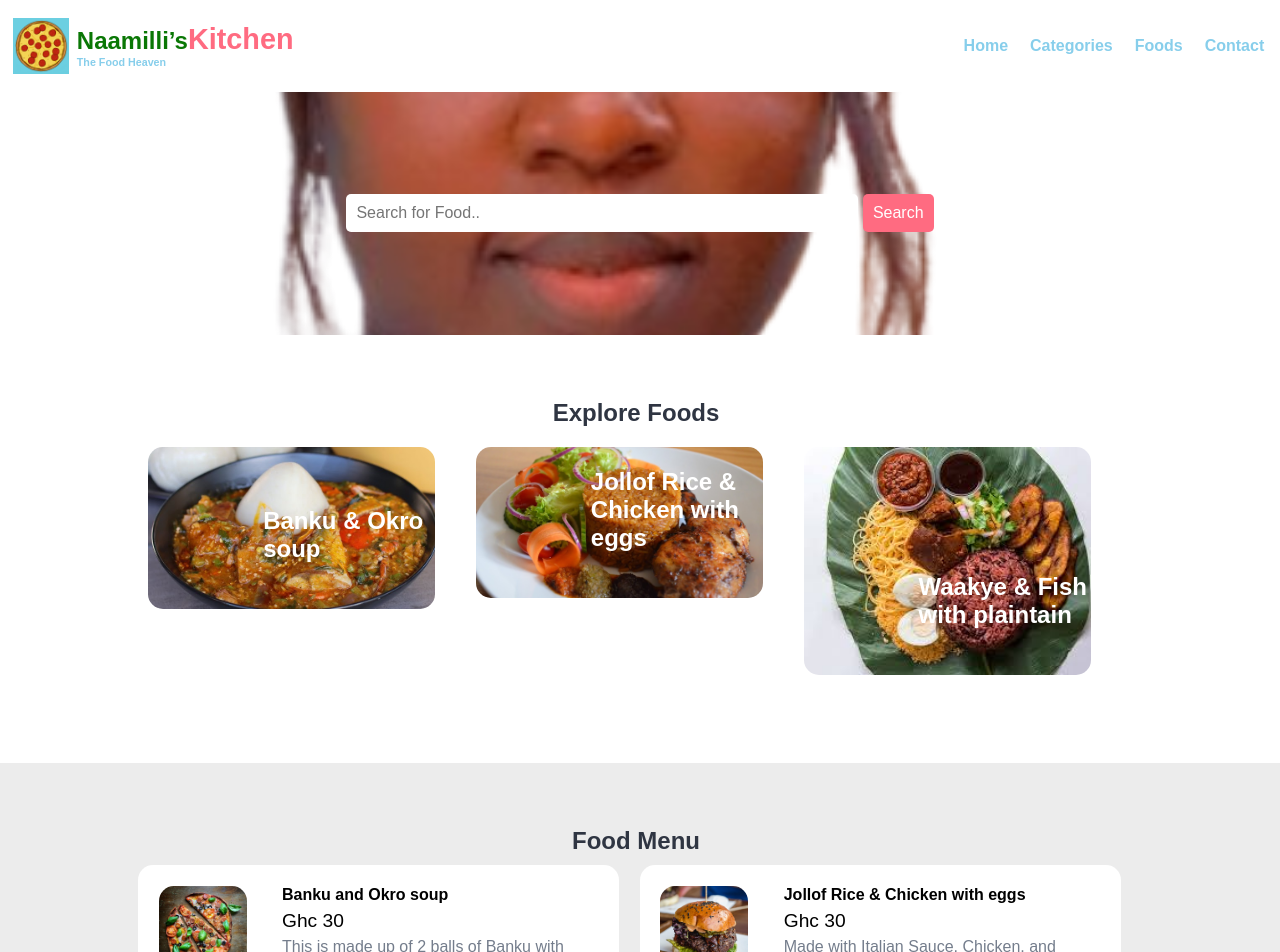
Repository: Saviour-Dagadu/Naamilli
Page: index.html
These files come from the project's save history. The page is drawn as it stood at one moment and after the next save; the edit follows.
The browser window is 1280 px wide. The pictures show the part of the page from y = 0 to 952 px (the page is 1800 px tall).
A picture or video elsewhere on the page could not be fetched, so the positions and the page height are approximate.

Above is the page before, as saved 2024-12-03 22:08:12.

### index.html
<!DOCTYPE html>
<html lang="en">
<head>
    <meta charset="UTF-8">
    <!-- Important to make website responsive -->
    <meta name="viewport" content="width=device-width, initial-scale=1.0">
    <title>Restaurant Website</title>

    <!-- Link our CSS file -->
    <link rel="stylesheet" type="text/css" href="css/style.css">
</head>

<body>
    <!-- Navbar Section Starts Here -->
	<section class="navbar" style="display: flex; align-items: center; justify-content: space-between;">
        <div class="container" style="display: flex; width: 100%; justify-content: space-between; align-items: center;">
            <div class="logo" style="display: flex; align-items: center;">
                <a href="index.html" title="Logo" style="display: flex; align-items: center;">
                    <img src="images/giphy.gif" alt="" style="
                        width: 3.5rem; /* Adjust size to be similar to nav image */
                        height: 3.5rem; /* Adjust size to be similar to nav image */
                        margin-right: 0.5rem;">
                    <div>
                        <h2 style="margin: 0;">Naamilli’s<span>Kitchen</span></h2>
                        <h6 style="margin: 0;"><span>The Food Heaven</span></h6>
                    </div>
                </a>
            </div>

            <div class="menu text-right">
                <ul style="list-style: none; margin: 0; padding: 0; display: flex; justify-content: flex-end;">
                    <li style="margin-left: 1rem;">
                        <a href="index.html">Home</a>
                    </li>
                    <li style="margin-left: 1rem;">
                        <a href="categories.html">Categories</a>
                    </li>
                    <li style="margin-left: 1rem;">
                        <a href="foods.html">Foods</a>
                    </li>
                    <li style="margin-left: 1rem;">
                        <a href="contact.html">Contact</a>
                    </li>
                </ul>
            </div>
        </div>

        <div class="clearfix"></div>
    </section>

    <!-- Navbar Section Ends Here -->

    <!-- fOOD sEARCH Section Starts Here -->
    <section class="food-search text-center">
        <div class="container">

            <form action="underConstruction.html" method="POST">
                <input type="search" name="search" placeholder="Search for Food.." required>
                <input type="submit" name="submit" value="Search" class="btn btn-primary">
            </form>

        </div>
    </section>
    <!-- fOOD sEARCH Section Ends Here -->

    <!-- CAtegories Section Starts Here -->
    <section class="categories">
        <div class="container">
            <h2 class="text-center">Explore Foods</h2>

            <a href="category-foods.html">
            <div class="box-3 float-container">
                <img src="images/Banku.jpg" alt="Pizza" class="img-responsive img-curve">

                <h3 class="float-text text-white">Banku & Okro soup</h3>
            </div>
            </a>

            <a href="#">
            <div class="box-3 float-container">
                <img src="images/Jollof.JPG" alt="Burger" class="img-responsive img-curve">

                <h3 class="float-text text-white">Jollof Rice & Chicken with eggs</h3>
            </div>
            </a>

            <a href="#">
            <div class="box-3 float-container">
                <img src="images/waakye2.jpg" alt="Momo" class="img-responsive img-curve">

                <h3 class="float-text text-white">Waakye & Fish with plaintain</h3>
            </div>
            </a>

            <div class="clearfix"></div>
        </div>
    </section>
    <!-- Categories Section Ends Here -->

    <!-- fOOD MEnu Section Starts Here -->
    <section class="food-menu">
        <div class="container">
            <h2 class="text-center">Food Menu</h2>

            <div class="food-menu-box">
                <div class="food-menu-img">
                    <img src="images/menu-pizza.jpg" alt="Chicke Hawain Pizza" class="img-responsive img-curve">
                </div>

                <div class="food-menu-desc">
                    <h4>Banku and Okro soup</h4>
                    <p class="food-price">Ghc 30</p>
                    <p class="food-detail">
                        This is made up of 2 balls of Banku with Fish, Beef, Wele
                    </p>
                    <br>

                    <a href="order.html" class="btn btn-primary">Order Now</a>
                </div>
            </div>

            <div class="food-menu-box">
                <div class="food-menu-img">
                    <img src="images/menu-burger.jpg" alt="Chicke Hawain Pizza" class="img-responsive img-curve">
                </div>

                <div class="food-menu-desc">
                    <h4>Jollof Rice & Chicken with eggs</h4>
                    <p class="food-price">Ghc 30</p>
                    <p class="food-detail">
                        Made with Italian Sauce, Chicken, and organice vegetables.
                    </p>
                    <br>

                    <a href="#" class="btn btn-primary">Order Now</a>
                </div>
            </div>

            <!-- <div class="food-menu-box">
                <div class="food-menu-img">
                    <img src="images/menu-burger.jpg" alt="Chicke Hawain Burger" class="img-responsive img-curve">
                </div>

                <div class="food-menu-desc">
                    <h4>Nice Burger</h4>
                    <p class="food-price">Ghc 20</p>
                    <p class="food-detail">
                        Made with Italian Sauce, Chicken, and organize vegetables.
                    </p>
                    <br>

                    <a href="#" class="btn btn-primary">Order Now</a>
                </div>
            </div> -->



            <!-- <div class="food-menu-box">
                <div class="food-menu-img">
                    <img src="images/menu-pizza.jpg" alt="Chicke Hawain Pizza" class="img-responsive img-curve">
                </div>

                <div class="food-menu-desc">
                    <h4>Food Title</h4>
                    <p class="food-price">$2.3</p>
                    <p class="food-detail">
                        Made with Italian Sauce, Chicken, and organice vegetables.
                    </p>
                    <br>

                    <a href="#" class="btn btn-primary">Order Now</a>
                </div>
            </div> -->

            <!-- <div class="food-menu-box">
                <div class="food-menu-img">
                    <img src="images/menu-momo.jpg" alt="Chicke Hawain Momo" class="img-responsive img-curve">
                </div>

                <div class="food-menu-desc">
                    <h4>Chicken Steam Momo</h4>
                    <p class="food-price">Ghc 50</p>
                    <p class="food-detail">
                        Made with Italian Sauce, Chicken, and organice vegetables.
                    </p>
                    <br>

                    <a href="#" class="btn btn-primary">Order Now</a>
                </div>
            </div> -->


            <div class="clearfix"></div>



        </div>

        <p class="text-center">
            <a href="#">See All Foods</a>
        </p>
    </section>
    <!-- fOOD Menu Section Ends Here -->

    <!-- social Section Starts Here -->
<section class="social">
	<div class="container text-center">
		<ul>
			<li>
				<a href="https://www.facebook.com/saviou/"><img src="https://img.icons8.com/fluent/50/000000/facebook-new.png"/></a>
			</li>
			<li>
				<a href="https://www.instagram.com/saviour_dagadu/"><img src="https://img.icons8.com/fluent/48/000000/instagram-new.png"/></a>
			</li>
			<li>
				<a href="https://twitter.com/savicode"><img src="https://img.icons8.com/fluent/48/000000/twitter.png"/></a>
			</li>
		</ul>
	</div>
</section>
<!-- social Section Ends Here -->

<!-- footer Section Starts Here -->
<section class="footer">
	<div class="container text-center">
		<p>All rights reserved. Designed By <a href="https://saviourdagadu.netlify.app/">Saviour Dagadu</a></p>
	</div>
</section>
<!-- footer Section Ends Here -->

</body>
</html>

### css/style.css
/*
    Author: Vijay Thapa;
    Theme: Restaurant Food Order;
    version: 1.0;
*/

/* CSS for All */
*{
    margin: 0 0;
    padding: 0 0;
    font-family: Arial, Helvetica, sans-serif;
}
.container{
    width: 80%;
    margin: 0 auto;
    padding: 1%;
}
.img-responsive{
    width: 100%;
}
.img-curve{
    border-radius: 15px;
}

.text-right{
    text-align: right;
}
.text-center{
    text-align: center;
}
.text-left{
    text-align: left;
}
.text-white{
    color: white;
}

.clearfix{
    clear: both;
    float: none;
}

a{
    color: skyblue;
    text-decoration: none;
}
a:hover{
    color: #ff6b81;
}

.btn{
    padding: 1%;
    border: none;
    font-size: 1rem;
    border-radius: 5px;
}
.btn-primary{
    background-color: #ff6b81;
    color: white;
    cursor: pointer;
}
.btn-primary:hover{
    color: white;
    background-color: #ff4757;
}
h2{
    color: #2f3542;
    font-size: 2rem;
    margin-bottom: 2%;
}
h3{
    font-size: 1.5rem;
}
.float-container{
    position: relative;
}
.float-text{
    position: absolute;
    bottom: 50px;
    left: 40%;
}
fieldset{
    border: 1px solid white;
    margin: 5%;
    padding: 3%;
    border-radius: 5px;
}


/* CSSS for navbar section */

.logo{
    width: 10%;
    float: left;
}
.logo h2{
    color: rgb(10, 119, 5);
}
.logo h2:hover{
    color: rgb(10, 119, 5);
    font-style: italic;
}
.logo h2 span{
    color: #ff6b81;
    font-size: larger;
    font-weight:bolder;
}
.logo h2 span:hover{
    color: #ff4757;
    font-size: larger;
    font-weight:bolder;
}
.menu{
    line-height: 60px;
}
.menu ul{
    list-style-type: none;
}

.menu ul li{
    display: inline;
    padding: 1%;
    font-weight: bold;
}


/* CSS for Food SEarch Section */

.food-search{
    background-image: url(../images/Naamilli-removebg-preview.png);
    background-size: cover;
    background-repeat: no-repeat;
    background-position: center;
    padding: 7% 0;
}

.food-search input[type="search"]{
    width: 50%;
    padding: 1%;
    font-size: 1rem;
    border: none;
    border-radius: 5px;
}


/* CSS for Categories */
.categories{
    padding: 4% 0;
}

.box-3{
    width: 28%;
    float: left;
    margin: 2%;
}


/* CSS for Food Menu */
.food-menu{
    background-color: #ececec;
    padding: 4% 0;
}
.food-menu-box{
    width: 43%;
    margin: 1%;
    padding: 2%;
    float: left;
    background-color: white;
    border-radius: 15px;
}

.food-menu-img{
    width: 20%;
    float: left;
}

.food-menu-desc{
    width: 70%;
    float: left;
    margin-left: 8%;
}

.food-price{
    font-size: 1.2rem;
    margin: 2% 0;
}
.food-detail{
    font-size: 1rem;
    color: #747d8c;
}


/* CSS for Social */
.social ul{
    list-style-type: none;
}
.social ul li{
    display: inline;
    padding: 1%;
}

/* for Order Section */
.order{
    width: 50%;
    margin: 0 auto;
}
.input-responsive{
    width: 96%;
    padding: 1%;
    margin-bottom: 3%;
    border: none;
    border-radius: 5px;
    font-size: 1rem;
}
.order-label{
    margin-bottom: 1%;
    font-weight: bold;
}

/* Contact Section*/

#info{
    padding: 30px 0;
}

#info .container{
     display: flex;
}

#info .info{
    width: 28%;
    height: 300px;
    border-radius: 10px;
    overflow: hidden;

}

#info .info-text{
    border: 1px solid lightgray;
    padding: 10px;
}

#info .info-text h4{
    margin: 5px;
}

#info .info-text .info-text-call{
    margin-bottom: 20px;
}

#info .info-image{
margin-right: 10px;
overflow: hidden;
box-shadow: 0 0 5px #333;
transform: scale (1.04);
transition: all .4s ease-in-out;
}

#info .info-image:hover{
transform: translateY(-15px) scale(1.1);
box-shadow: 0 0 10px #333;
}
#info .info-image img{
max-width: 100%;
height: auto
}

#info .info-image:hover .info-image img{
opacity: 1;
}

       /* message Section */
#message{
    padding: 30px 0;
    background-color: lightgray;
}

#message .message-top{
    text-align: center;
    margin-bottom: 20px;
}

#message .message-top h3{
    text-transform: uppercase;
    margin: 0;
}

#message .message-top h3::after{
    content: "";
    display: block;
    width: 50px;
    height: 3px;
    background-color: gray;
    margin: 10px auto 0;
}

#message .message-bottom{
    color: black;
}

#message .message-bottom label{
    display: block;
    font-size: 17px;
    font-weight: 500;
    margin-bottom: 5px;
}

#message .message-bottom .form-group{
    margin-bottom: 10px;
}

#message .message-bottom .input{
    display: block;
    height: 40px;
    border-radius: 5px;
    border: 1px solid brown;
    padding-left: 10px;
    padding-right: 10px;
    width: 100%;
    font-size: 15px;
    font-family: 'Segoe UI', Tahoma, Geneva, Verdana, Sans-serif;
}

#message .message-bottom input,
#message .message-bottom textarea,
#message .message-bottom button{
    outline: none;
}

#message  textarea{
    width: 100%;
    height: 200px;
    border-radius: 5px;
    border: 1px solid brown;
    background-color: white;
    padding: 5px 10px;
    font: 15px 'Segoe UI', Tahoma, Geneva, Verdana, Sans-serif;
}

.navbar-brand {
    display: flex;
    align-items: center; /* Align items horizontally in the center */
    text-decoration: none; /* Removes default underline from the link */
    color: #333; /* Adjust text color as needed */
    /* background-image: url('../images/apple.gif'); Replace with the path to your image */
    background-size: cover;                          /* Ensures the image covers the entire div */
    background-position: center;                     /* Centers the image within the div */
    background-repeat: no-repeat;
}
.navbar-brand h2 {
    margin: 0;               /* Removes default margin */
    font-size: 2.5rem;
}

.navbar-brand h2 span{
    color: skyblue;
}

.navbar-brand i {
    display: block;          /* Ensures the i element is on a new line */
    margin: 0;               /* Removes default margin */
    font-size: 0.8rem;       /* Makes the text smaller */
    color: black;
}

.logo-img {
    width: 3.5rem; /* Adjust size as needed */
    height: 3.5rem; /* Adjust size as needed */
    margin-right: 0.5rem; /* Space between image and text */
}

.text-content {
    display: flex;
    flex-direction: column; /* Stack text elements vertically */
    justify-content: center; /* Center text vertically within container */
}

h2 {
    margin: 0; /* Remove default margin */
    font-size: 1.5rem; /* Adjust font size as needed */
    font-weight: bold;
    margin-right: 0.5rem; /* Space between h2 and h6 */
}



/* #message .message-bottom .btn{
    padding: 10px 20px;
    background-color: brown;
    text-transform: uppercase;
    font: 15px 'Segoe UI', Tahoma, Geneva, Verdana, Sans-serif;
    border: none;
    border-radius: 5px;
    font-weight: 500;
    color: #fff;
    cursor: pointer;
} */


/* CSS for Mobile Size or Smaller Screen */

@media only screen and (max-width:768px){
    .logo{
        width: 80%;
        float: none;
        margin: 1% auto;
    }

    .menu ul{
        text-align: center;
    }

    .food-search input[type="search"]{
        width: 90%;
        padding: 2%;
        margin-bottom: 3%;
    }

    .btn{
        width: 91%;
        padding: 2%;
    }

    .food-search{
        padding: 10% 0;
    }

    .categories{
        padding: 20% 0;
    }
    h2{
        margin-bottom: 10%;
    }
    .box-3{
        width: 100%;
        margin: 4% auto;
    }

    .food-menu{
        padding: 20% 0;
    }

    .food-menu-box{
        width: 90%;
        padding: 5%;
        margin-bottom: 5%;
    }
    .social{
        padding: 5% 0;
    }
    .order{
        width: 100%;
    }
}

After the next save:
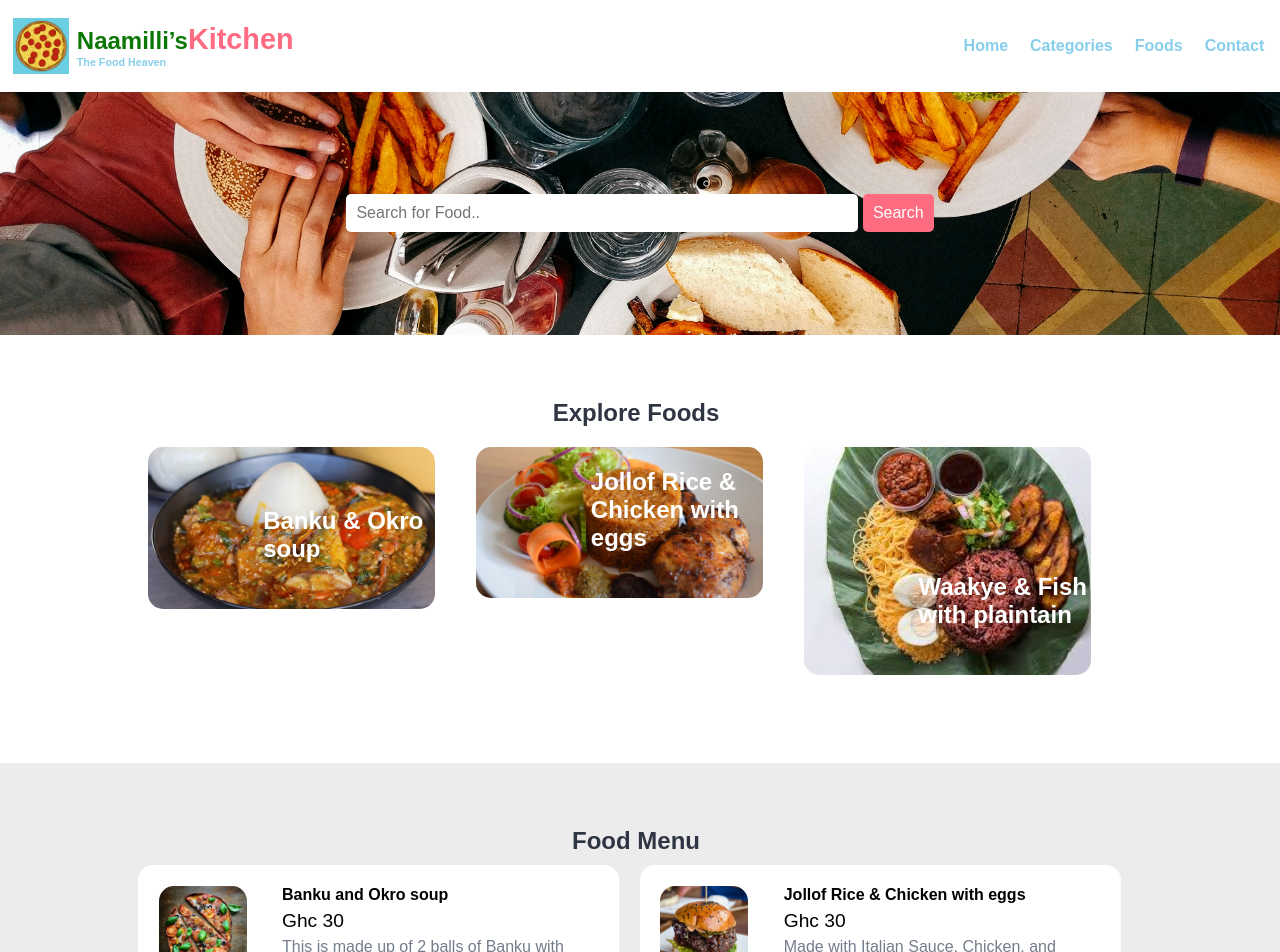
Saved 40 s later.
--- a/css/style.css
+++ b/css/style.css
@@ -127,7 +127,7 @@ fieldset{
 /* CSS for Food SEarch Section */
 
 .food-search{
-    background-image: url(../images/Naamilli-removebg-preview.png);
+    background-image: url(../images/dan-gold-E6HjQaB7UEA-unsplash.jpg);
     background-size: cover;
     background-repeat: no-repeat;
     background-position: center;
